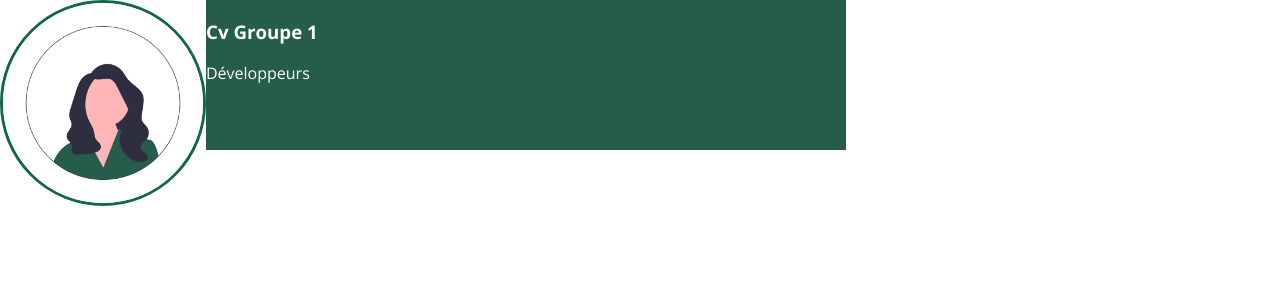
Repository: NdiongueFH/Mon_CV
Page: CV_Groupe1.html
The author's editor kept a copy of each file at every save. The page is drawn from the files as they stood at one save, then again after the next save.
The browser window is 1280 px wide. The pictures show the whole page.

Above is the page before, as saved 2024-08-03 12:34:25.

After the next save:
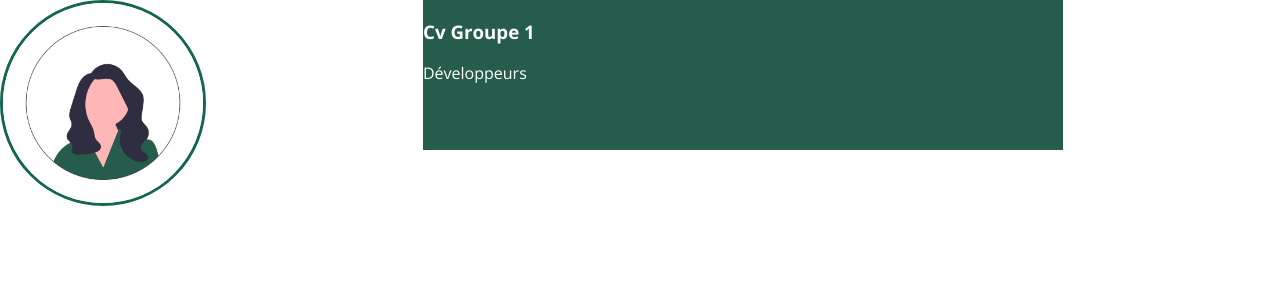
Saved 26 s later.
--- a/CV_Groupe1.css
+++ b/CV_Groupe1.css
@@ -57,7 +57,6 @@
 /*Div Identité*/
 #identite{
     display: flex;
-    align-content: center;
 }
 /*Image*/
 .image{
@@ -80,6 +79,7 @@
     width: 50%;
     color: var(--color-white);
     height: 150px;
+    margin: 0 auto;
 }
     /*Fin Partie profil de Mon_Cv*/
 /*Fin Partie Ndiawar Diop*/

After the save that followed:
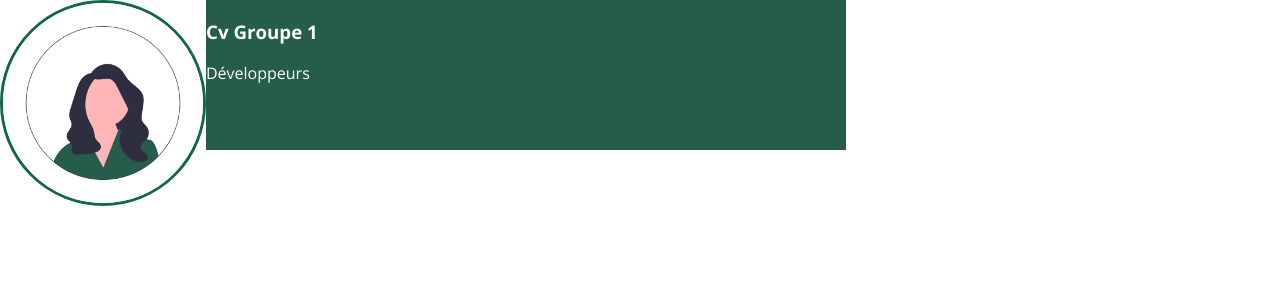
Saved 15 s later.
--- a/CV_Groupe1.css
+++ b/CV_Groupe1.css
@@ -79,7 +79,7 @@
     width: 50%;
     color: var(--color-white);
     height: 150px;
-    margin: 0 auto;
+    padding: 0 auto;
 }
     /*Fin Partie profil de Mon_Cv*/
 /*Fin Partie Ndiawar Diop*/
